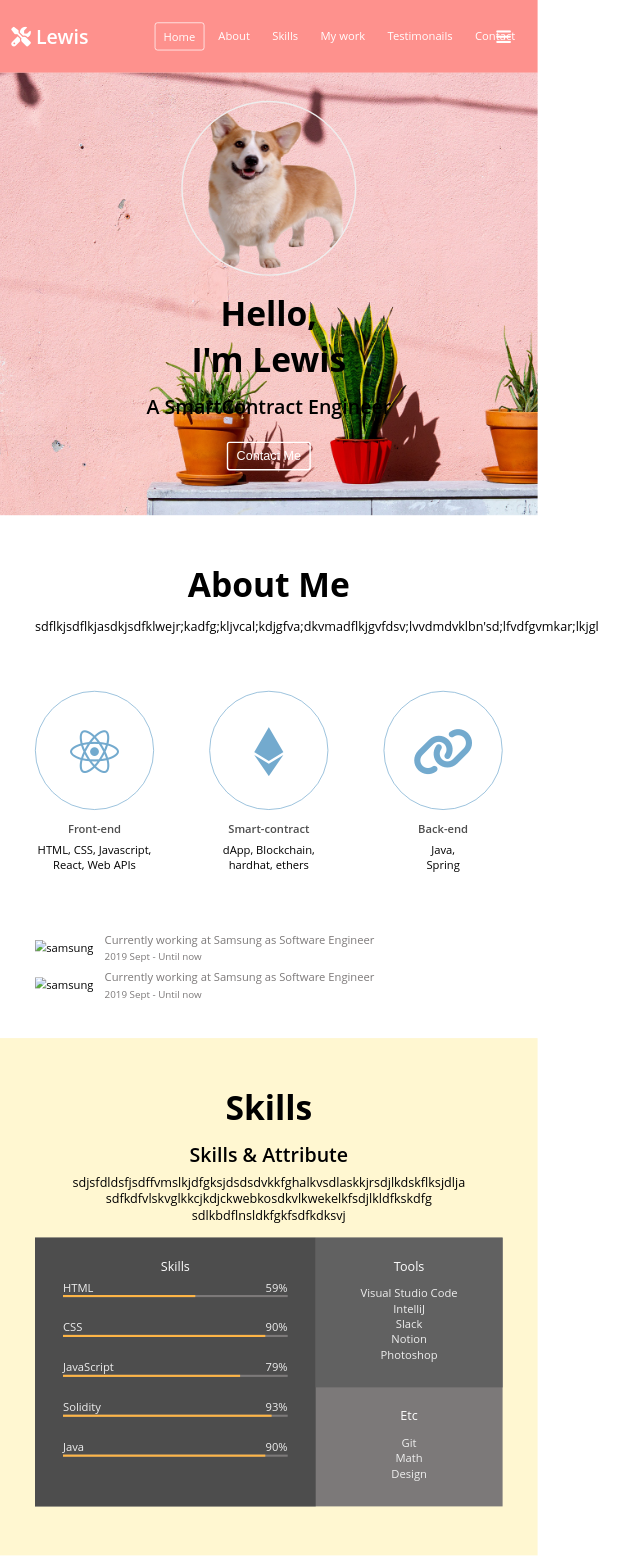
Repository: woojinShim/woojinShim.github.io
Page: index.html
These files come from the project's save history. The page is drawn as it stood at one moment and after the next save; the edit follows.
The browser window is 768 px wide. The page is 887 px wide, so the pictures cover 887 px, including what lies to the right of the window. The pictures show the part of the page from y = 0 to 2240 px (the page is 4366 px tall before and 4404 px after), at 70% of full size.
Some web libraries are served in a nearby version.

Above is the page before, as saved 2022-03-08 22:41:29.

After the next save:
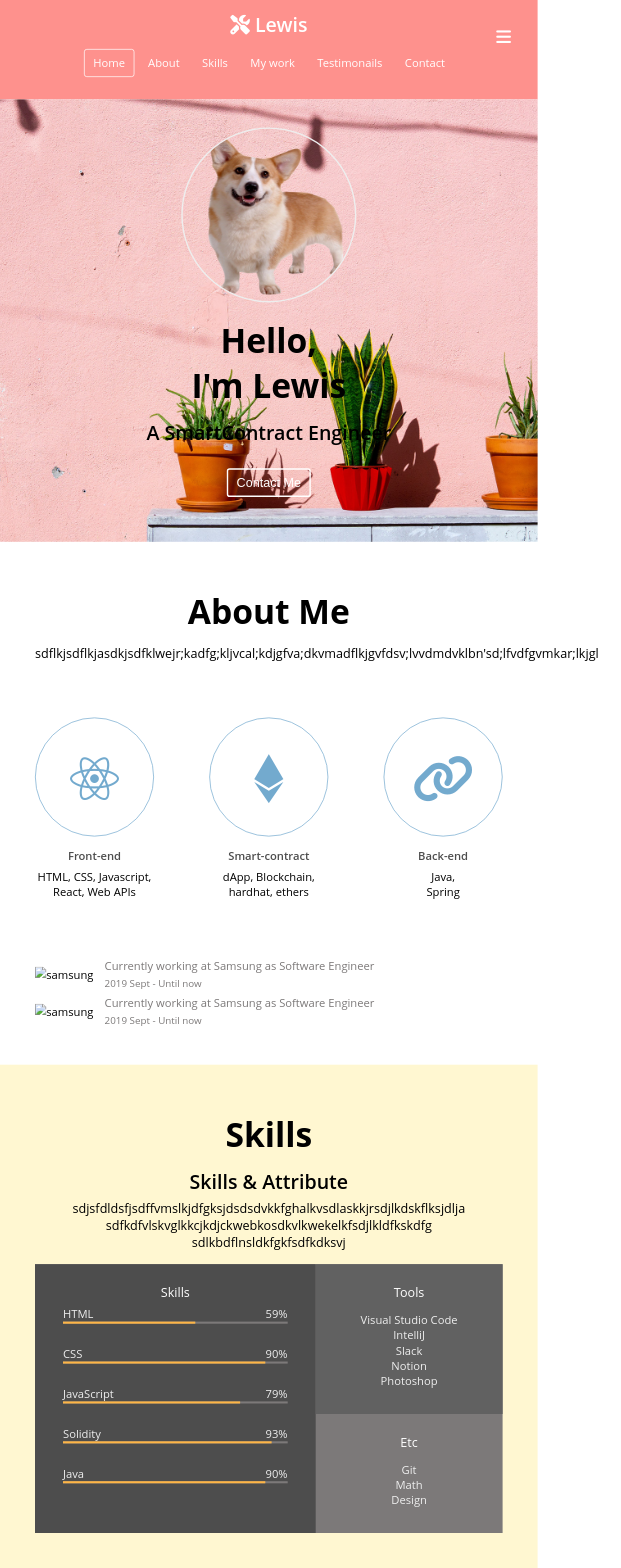
Saved 34 s later.
--- a/style.css
+++ b/style.css
@@ -447,5 +447,9 @@
   .navbar__toggle-btn {
     display: block;
   }
+
+  #navbar {
+    flex-direction: column;
   }
-}
+  }
+}
